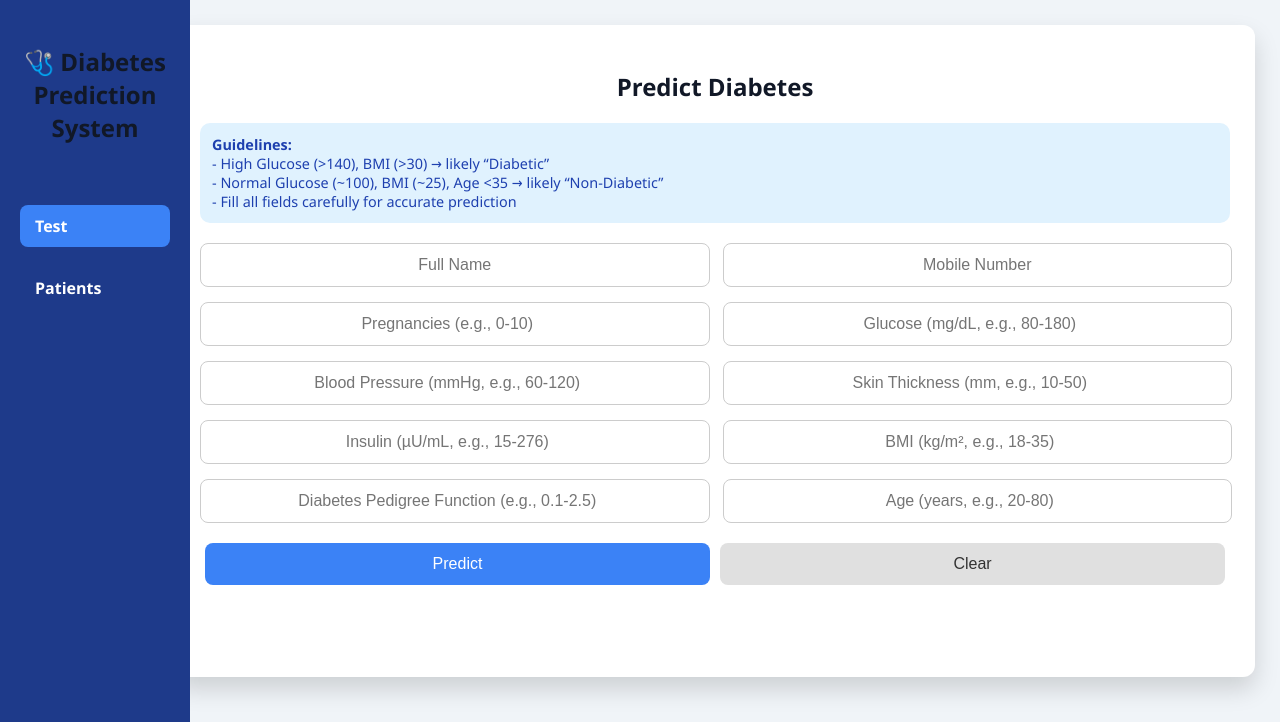
Repository: Aman14150/diabetes-prediction-system
Page: http://localhost/
These files come from the project's save history. The page is drawn as it stood at one moment and after the next save; the edit follows.
The browser window is 1280 px wide. The pictures show the whole page.
The page is served by the project's application, run on Flask 3 (app.py).

Above is the page before, as saved 2025-10-07 20:14:14.

### templates/index.html
<!DOCTYPE html>
<html lang="en">

<head>
    <meta charset="UTF-8">
    <title>Diabetes Prediction</title>
    <link rel="stylesheet" href="{{ url_for('static', filename='style.css') }}">
</head>

<body>
    <div class="container">
        <aside class="sidebar">
            <h2>🩺 Diabetes Prediction System</h2>
            <ul>
                <li><a href="/" class="{% if not show_patients %}active{% endif %}">Test</a></li>
                <li><a href="/patients" class="{% if show_patients %}active{% endif %}">Patients</a></li>
            </ul>
        </aside>

        <main class="content">
            {% if not show_patients %}
            <!-- Test Form -->
            <div class="card">
                <h2>Predict Diabetes</h2>
                <div class="guidelines">
                    <strong>Guidelines:</strong><br>
                    - High Glucose (>140), BMI (>30) → likely “Diabetic”<br>
                    - Normal Glucose (~100), BMI (~25), Age <35 → likely “Non-Diabetic”<br>
                        - Fill all fields carefully for accurate prediction
                </div>

                <form id="diabetesForm" action="/predict" method="post">
                    <input type="text" name="name" placeholder="Full Name" required>
                        <input type="tel" name="mobile" placeholder="Mobile Number" required>
                        <input type="number" name="Pregnancies" placeholder="Pregnancies (e.g., 0-10)" step="any" required>
                        <input type="number" name="Glucose" placeholder="Glucose (mg/dL, e.g., 80-180)" step="any" required>
                        <input type="number" name="BloodPressure" placeholder="Blood Pressure (mmHg, e.g., 60-120)" step="any" required>
                        <input type="number" name="SkinThickness" placeholder="Skin Thickness (mm, e.g., 10-50)" step="any" required>
                        <input type="number" name="Insulin" placeholder="Insulin (µU/mL, e.g., 15-276)" step="any" required>
                        <input type="number" name="BMI" placeholder="BMI (kg/m², e.g., 18-35)" step="any" required>
                        <input type="number" name="DiabetesPedigreeFunction" placeholder="Diabetes Pedigree Function (e.g., 0.1-2.5)" step="any" required>
                        <input type="number" name="Age" placeholder="Age (years, e.g., 20-80)" step="any" required>
                    <div class="button-group">
                        <button type="submit" id="predictBtn">Predict</button>
                        <button type="button" id="clearBtn">Clear</button>
                    </div>

                    {% if prediction_text %}
                    <div class="prediction">{{ prediction_text }}</div>
                    {% else %}
                    <div class="prediction">&nbsp;</div>
                    {% endif %}
                </form>
            </div>
            {% else %}
            <!-- Patients Table -->
            <div class="card">
                <h2>Patients List</h2>
                <table>
                    <thead>
                        <tr>
                            <th>Sr. No.</th> <!-- Serial Number -->
                            {% for col in patient_columns[1:] %} <!-- Skip DB ID -->
                            <th>{{ col|capitalize }}</th>
                            {% endfor %}
                            <th>Action</th>
                        </tr>
                    </thead>
                    <tbody>
                        {% for row in patient_data %}
                        <tr>
                            <td>{{ loop.index }}</td> <!-- Sr. No. using Jinja loop.index -->
                            {% for item in row[1:] %} <!-- Skip DB ID -->
                            <td>{{ item }}</td>
                            {% endfor %}
                            <td>
                                <form action="{{ url_for('delete_patient', patient_id=row[0]) }}" method="post"
                                    style="display:inline;">
                                    <button type="submit" class="delete-btn">Delete</button>
                                </form>
                            </td>
                        </tr>
                        {% endfor %}
                    </tbody>
                </table>
            </div>

            {% endif %}
        </main>
    </div>

    <script>
        document.getElementById('clearBtn')?.addEventListener('click', function () {
            document.getElementById('diabetesForm')?.reset();
        });
    </script>
</body>

</html>

### app.py
from flask import Flask, render_template, request, redirect, url_for
import joblib
import pandas as pd
import mysql.connector

app = Flask(__name__)

# MySQL Connection
db = mysql.connector.connect(
    host="127.0.0.1",
    port=3307,
    user="amanR",
    password="Mysql@150",
    database="diabetes_db"
)
cursor = db.cursor()
print("Database Connected successfully ✅")

# Load model & scaler
model = joblib.load("diabetes_model.pkl")
scaler = joblib.load("scaler.pkl")

@app.route('/')
def home():
    return render_template('index.html', prediction_text=None, show_patients=False)

@app.route('/predict', methods=['POST'])
def predict():
    try:
        # Personal info
        name = request.form['name']
        mobile = request.form['mobile']

        # Health data
        data = [float(request.form[key]) for key in [
            "Pregnancies","Glucose","BloodPressure","SkinThickness",
            "Insulin","BMI","DiabetesPedigreeFunction","Age"
        ]]
        input_df = pd.DataFrame([data], columns=[
            "Pregnancies","Glucose","BloodPressure","SkinThickness",
            "Insulin","BMI","DiabetesPedigreeFunction","Age"
        ])
        scaled_input = scaler.transform(input_df)
        prediction = model.predict(scaled_input)[0]
        result = "Diabetic" if prediction == 1 else "Non-Diabetic"

        # Save to MySQL
        sql = """INSERT INTO patients
                 (name, mobile, pregnancies, glucose, blood_pressure, skin_thickness, insulin, bmi, dpf, age, prediction)
                 VALUES (%s,%s,%s,%s,%s,%s,%s,%s,%s,%s,%s)"""
        cursor.execute(sql, (name, mobile, *data, result))
        db.commit()

        return render_template('index.html', prediction_text=f"Prediction: 🩺 {result}", show_patients=False)

    except Exception as e:
        return render_template('index.html', prediction_text=f"Error: {str(e)}", show_patients=False)

@app.route('/patients')
def patients():
    cursor.execute("SELECT * FROM patients")
    rows = cursor.fetchall()
    columns = [desc[0] for desc in cursor.description]
    return render_template('index.html', patient_data=rows, patient_columns=columns, show_patients=True)

@app.route('/delete/<int:patient_id>', methods=['POST'])
def delete_patient(patient_id):
    cursor.execute("DELETE FROM patients WHERE id=%s", (patient_id,))
    db.commit()
    return redirect(url_for('patients'))

if __name__ == '__main__':
    app.run(debug=True)

### static/style.css
body {
    font-family: 'Segoe UI', Tahoma, Geneva, Verdana, sans-serif;
    margin: 0;
    padding: 0;
    background: linear-gradient(135deg,#f0f4f8,#d9e2ec);
}

.container {
    display: flex;
    min-height: 100vh;
}

.sidebar {
    width: 150px;
    background: #1e3a8a;
    color: white;
    padding: 25px 20px;
    display: flex;
    flex-direction: column;
    position: fixed;
    top: 0;
    left: 0;
    height: 100vh;
    overflow-y: auto;
}


.sidebar h2 {
    text-align: center;
    margin-bottom: 25px;
    font-size: 1.5rem;
}

.sidebar ul {
    list-style: none;
    padding: 0;
    flex: 1;
}

.sidebar ul li {
    margin: 20px 0;
}

.sidebar ul li a {
    color: white;
    text-decoration: none;
    font-weight: bold;
    display: block;
    padding: 10px 15px;
    border-radius: 8px;
    transition: background 0.3s;
}

.sidebar ul li a.active, .sidebar ul li a:hover {
    background: #3b82f6;
}

.content {
     flex: 1;
    margin-left: 150px;
    padding: 25px;
    background: #f0f4f8;
}

.card {
    background: white;
    padding: 25px;
    border-radius: 12px;
    box-shadow: 0 12px 25px rgba(0,0,0,0.15);
    margin-bottom: 20px;
}

h2 {
    text-align: center;
    color: #111827;
}

.guidelines {
    background-color: #e0f2fe;
    color: #1e40af;
    padding: 12px;
    border-radius: 10px;
    margin-bottom: 20px;
    font-size: 0.9rem;
    text-align: left;
}

form {
    display: grid;
    grid-template-columns: 1fr 1fr;
    gap: 15px;
}

input {
    width: 100%;
    padding: 12px 0px;
    border-radius: 8px;
    border: 1px solid #ccc;
    font-size: 1rem;
    text-align: center;
}

input:focus {
    outline: none;
    border-color: #3b82f6;
    box-shadow: 0 0 5px rgba(59,130,246,0.5);
}

.button-group {
    grid-column: span 2;
    display: flex;
    justify-content: space-between;
}

button {
    padding: 12px;
    font-size: 1rem;
    border-radius: 8px;
    border: none;
    cursor: pointer;
    flex: 1;
    margin: 5px;
    transition: background-color 0.3s ease;
}

#predictBtn {
    background-color: #3b82f6;
    color: white;
}

#predictBtn:hover {
    background-color: #1e40af;
}

#clearBtn {
    background-color: #e0e0e0;
    color: #333;
}

#clearBtn:hover {
    background-color: #bdbdbd;
}

.prediction {
    grid-column: span 2;
    text-align: center;
    margin-top: 20px;
    font-size: 1.2rem;
    font-weight: bold;
    color: #3b82f6;
}

table {
    width: 100%;
    border-collapse: collapse;
}

table, th, td {
    border: 1px solid #ccc;
}

th, td {
    padding: 12px;
    text-align: center;
}

th {
    background: #3b82f6;
    color: white;
}

.delete-btn {
    background: #ef4444;
    color: white;
    padding: 6px 12px;
    border-radius: 6px;
    border: none;
    cursor: pointer;
    transition: 0.3s;
}

.delete-btn:hover {
    background: #b91c1c;
}

After the next save:
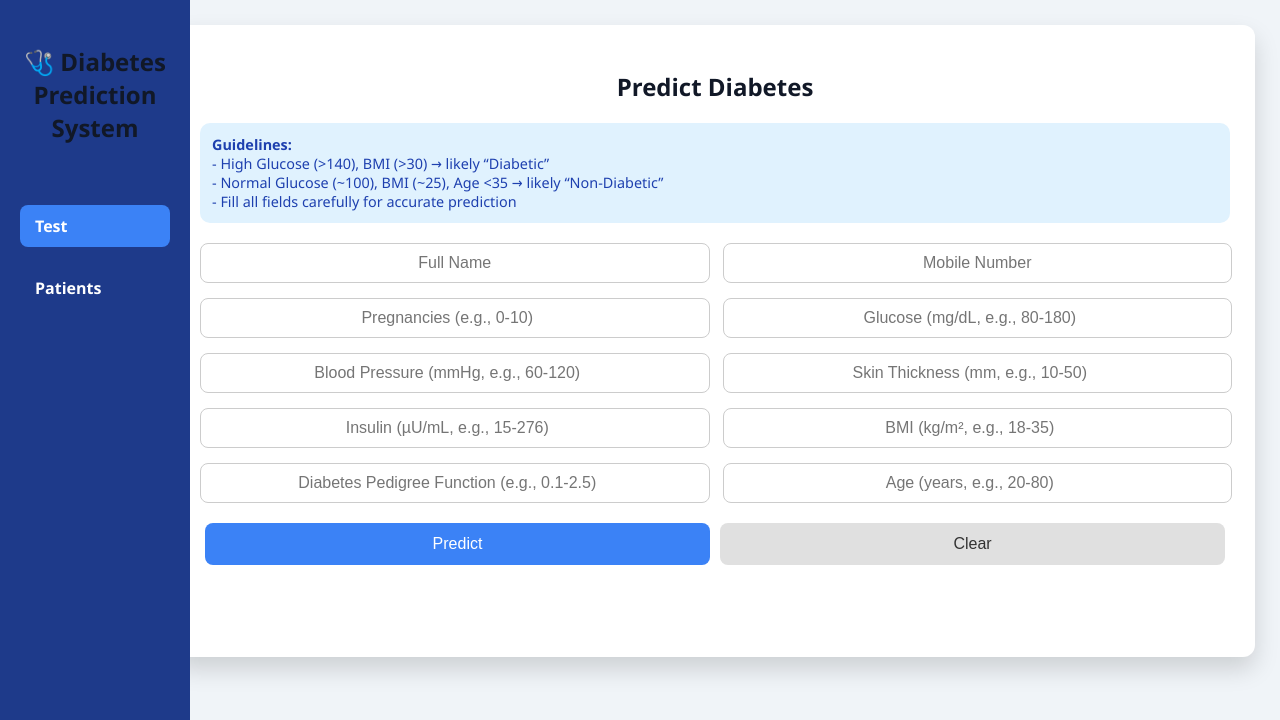
Saved 12 s later.
--- a/static/style.css
+++ b/static/style.css
@@ -93,7 +93,7 @@
 
 input {
     width: 100%;
-    padding: 12px 0px;
+    padding: 10px 0px;
     border-radius: 8px;
     border: 1px solid #ccc;
     font-size: 1rem;

After the save that followed:
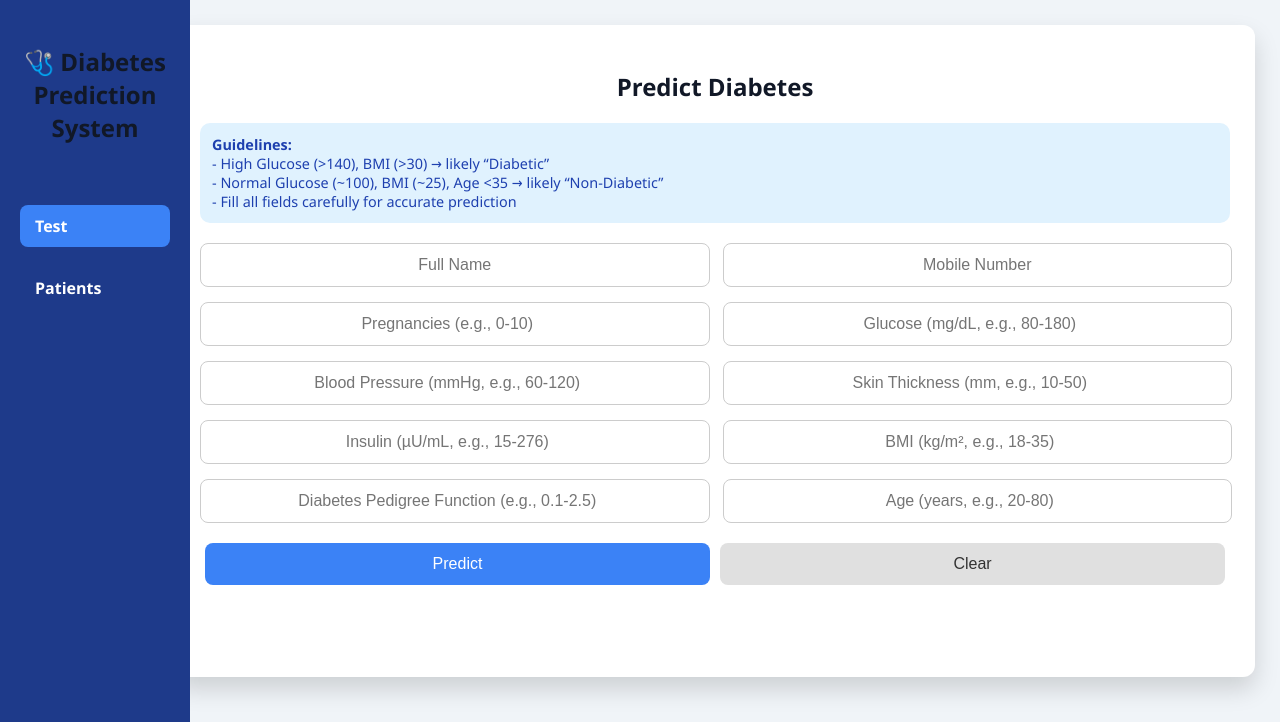
Saved 6 s later.
--- a/static/style.css
+++ b/static/style.css
@@ -93,7 +93,7 @@
 
 input {
     width: 100%;
-    padding: 10px 0px;
+    padding: 12px 0px;
     border-radius: 8px;
     border: 1px solid #ccc;
     font-size: 1rem;
